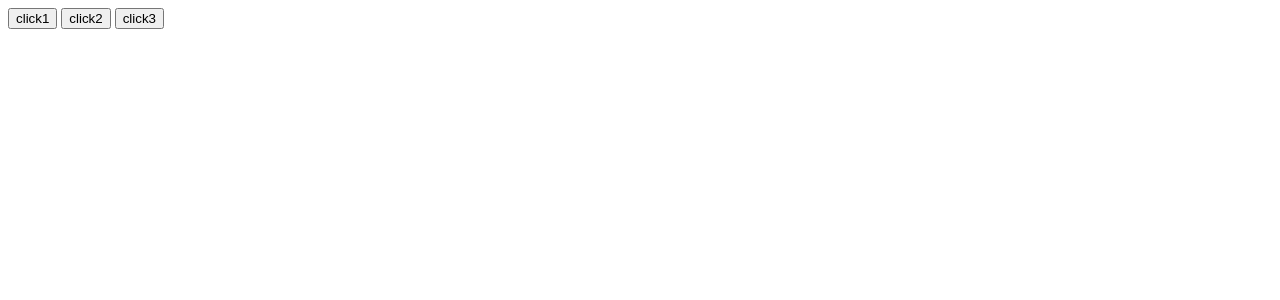
Repository: yhj4130/JsonStudy
Page: JsonApp01/WebContent/JsonTest11.html
The author's editor kept a copy of each file at every save. The page is drawn from the files as they stood at one save, then again after the next save.
The browser window is 1280 px wide. The pictures show the whole page.

Above is the page before, as saved 2019-06-03 00:07:29.

After the next save:
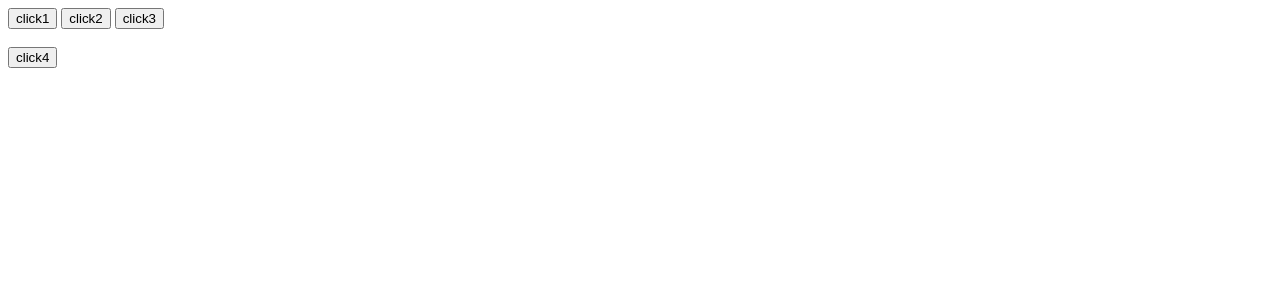
Saved 83 s later.
--- a/JsonApp01/WebContent/JsonTest11.html
+++ b/JsonApp01/WebContent/JsonTest11.html
@@ -27,4 +27,8 @@
 	<input type="button" value="click3" onclick="alert(typeof obj7.exam)">
 	<!-- object -->
 
+	<br><br>
+
+	<input type="button" value="click4" onclick="alert(obj7.test[0])">
+
 </form>
